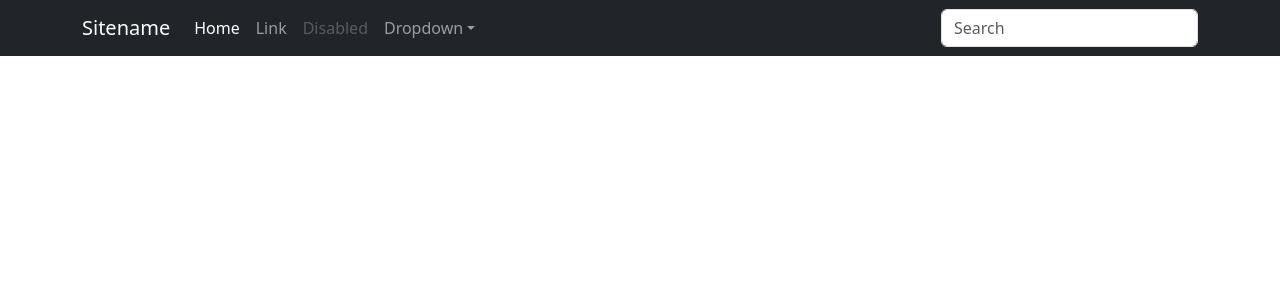
Repository: AcoGlezRojo/AcoGlezRojo.github.io
Page: docs/index.html
These files come from the project's save history. The page is drawn as it stood at one moment and after the next save; the edit follows.
The browser window is 1280 px wide. The pictures show the whole page.

Above is the page before, as saved 2023-06-28 21:22:29.

### docs/index.html
<!DOCTYPE html>
<html lang="es">

<head>
    <meta charset="UTF-8">
    <meta name="viewport" content="width=device-width, initial-scale=1.0">
    <title>Portfolio | Acoidán González</title>

    <!-- bootstrap -->
    <link href="css/bootstrap.min.css" rel="stylesheet">
    <!-- Custom styles for this template -->
    <link href="https://fonts.googleapis.com/css?family=Playfair&#43;Display:700,900&amp;display=swap" rel="stylesheet">
    <!-- Custom styles for this template -->
    <link href="css/styles.css" rel="stylesheet">
</head>

<body>

    <nav class="navbar navbar-expand-lg navbar-dark bg-dark fixed-top" aria-label="Fifth navbar example">
        <div class="container">
            <a class="navbar-brand" href="#">Sitename</a>
            <button class="navbar-toggler" type="button" data-bs-toggle="collapse" data-bs-target="#navbarsExample05"
                aria-controls="navbarsExample05" aria-expanded="false" aria-label="Toggle navigation">
                <span class="navbar-toggler-icon"></span>
            </button>

            <div class="collapse navbar-collapse" id="navbarsExample05">
                <ul class="navbar-nav me-auto mb-2 mb-lg-0">
                    <li class="nav-item">
                        <a class="nav-link active" aria-current="page" href="#">Home</a>
                    </li>
                    <li class="nav-item">
                        <a class="nav-link" href="#">Link</a>
                    </li>
                    <li class="nav-item">
                        <a class="nav-link disabled">Disabled</a>
                    </li>
                    <li class="nav-item dropdown">
                        <a class="nav-link dropdown-toggle" href="#" data-bs-toggle="dropdown"
                            aria-expanded="false">Dropdown</a>
                        <ul class="dropdown-menu">
                            <li><a class="dropdown-item" href="#">Action</a></li>
                            <li><a class="dropdown-item" href="#">Another action</a></li>
                            <li><a class="dropdown-item" href="#">Something else here</a></li>
                        </ul>
                    </li>
                </ul>
                <form role="search">
                    <input class="form-control" type="search" placeholder="Search" aria-label="Search">
                </form>
            </div>
        </div>
    </nav>

    <!-- bootstrap -->
    <script src="js/bootstrap.bundle.min.js"></script>
    <script src="js/color-modes.js"></script>
</body>

</html>

### docs/js/color-modes.js
/*!
 * Color mode toggler for Bootstrap's docs (https://getbootstrap.com/)
 * Copyright 2011-2023 The Bootstrap Authors
 * Licensed under the Creative Commons Attribution 3.0 Unported License.
 */

(() => {
  'use strict'

  const getStoredTheme = () => localStorage.getItem('theme')
  const setStoredTheme = theme => localStorage.setItem('theme', theme)

  const getPreferredTheme = () => {
    const storedTheme = getStoredTheme()
    if (storedTheme) {
      return storedTheme
    }

    return window.matchMedia('(prefers-color-scheme: dark)').matches ? 'dark' : 'light'
  }

  const setTheme = theme => {
    if (theme === 'auto' && window.matchMedia('(prefers-color-scheme: dark)').matches) {
      document.documentElement.setAttribute('data-bs-theme', 'dark')
    } else {
      document.documentElement.setAttribute('data-bs-theme', theme)
    }
  }

  setTheme(getPreferredTheme())

  const showActiveTheme = (theme, focus = false) => {
    const themeSwitcher = document.querySelector('#bd-theme')

    if (!themeSwitcher) {
      return
    }

    const themeSwitcherText = document.querySelector('#bd-theme-text')
    const activeThemeIcon = document.querySelector('.theme-icon-active use')
    const btnToActive = document.querySelector(`[data-bs-theme-value="${theme}"]`)
    const svgOfActiveBtn = btnToActive.querySelector('svg use').getAttribute('href')

    document.querySelectorAll('[data-bs-theme-value]').forEach(element => {
      element.classList.remove('active')
      element.setAttribute('aria-pressed', 'false')
    })

    btnToActive.classList.add('active')
    btnToActive.setAttribute('aria-pressed', 'true')
    activeThemeIcon.setAttribute('href', svgOfActiveBtn)
    const themeSwitcherLabel = `${themeSwitcherText.textContent} (${btnToActive.dataset.bsThemeValue})`
    themeSwitcher.setAttribute('aria-label', themeSwitcherLabel)

    if (focus) {
      themeSwitcher.focus()
    }
  }

  window.matchMedia('(prefers-color-scheme: dark)').addEventListener('change', () => {
    const storedTheme = getStoredTheme()
    if (storedTheme !== 'light' && storedTheme !== 'dark') {
      setTheme(getPreferredTheme())
    }
  })

  window.addEventListener('DOMContentLoaded', () => {
    showActiveTheme(getPreferredTheme())

    document.querySelectorAll('[data-bs-theme-value]')
      .forEach(toggle => {
        toggle.addEventListener('click', () => {
          const theme = toggle.getAttribute('data-bs-theme-value')
          setStoredTheme(theme)
          setTheme(theme)
          showActiveTheme(theme, true)
        })
      })
  })
})()

Loaded but not shown: docs/css/bootstrap.min.css (library); docs/js/bootstrap.bundle.min.js (library); docs/css/styles.css (no stored copy; drawn as an empty file)

After the next save:
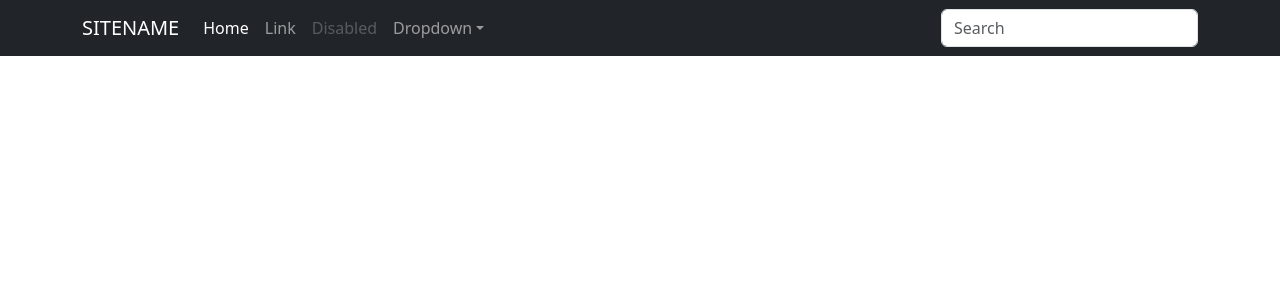
Saved 15 s later.
--- a/docs/index.html
+++ b/docs/index.html
@@ -18,7 +18,7 @@
 
     <nav class="navbar navbar-expand-lg navbar-dark bg-dark fixed-top" aria-label="Fifth navbar example">
         <div class="container">
-            <a class="navbar-brand" href="#">Sitename</a>
+            <a class="navbar-brand text-uppercase text-bold" href="#">Sitename</a>
             <button class="navbar-toggler" type="button" data-bs-toggle="collapse" data-bs-target="#navbarsExample05"
                 aria-controls="navbarsExample05" aria-expanded="false" aria-label="Toggle navigation">
                 <span class="navbar-toggler-icon"></span>
